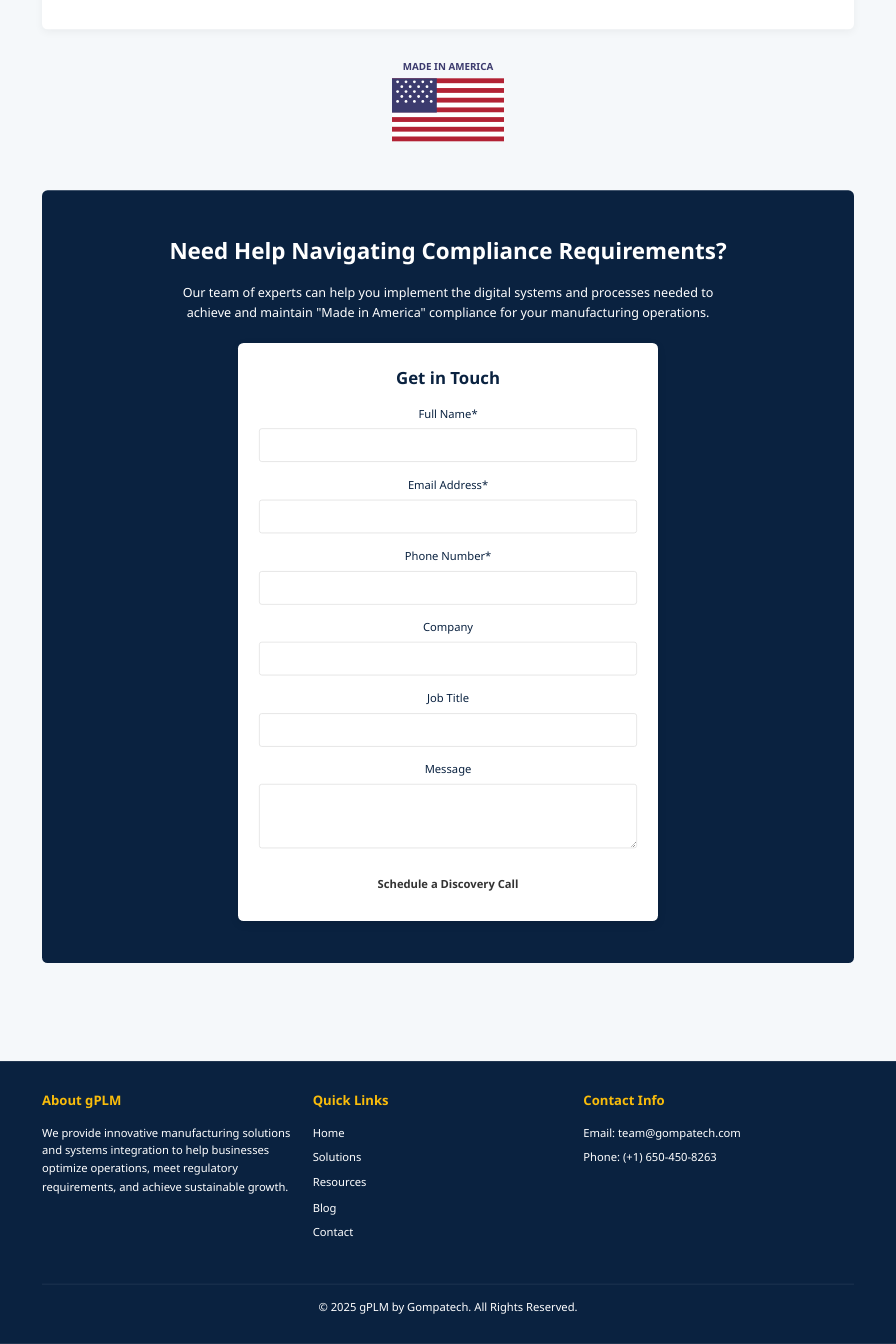
Repository: gompaBlogs/website
Page: mia.html
The author's editor kept a copy of each file at every save. The page is drawn from the files as they stood at one save, then again after the next save.
The browser window is 1280 px wide. The pictures show the part of the page from y = 2507 to 4427 px (the page is 4427 px tall), at 70% of full size.

Above is the page before, as saved 2025-04-30 16:05:41.

After the next save:
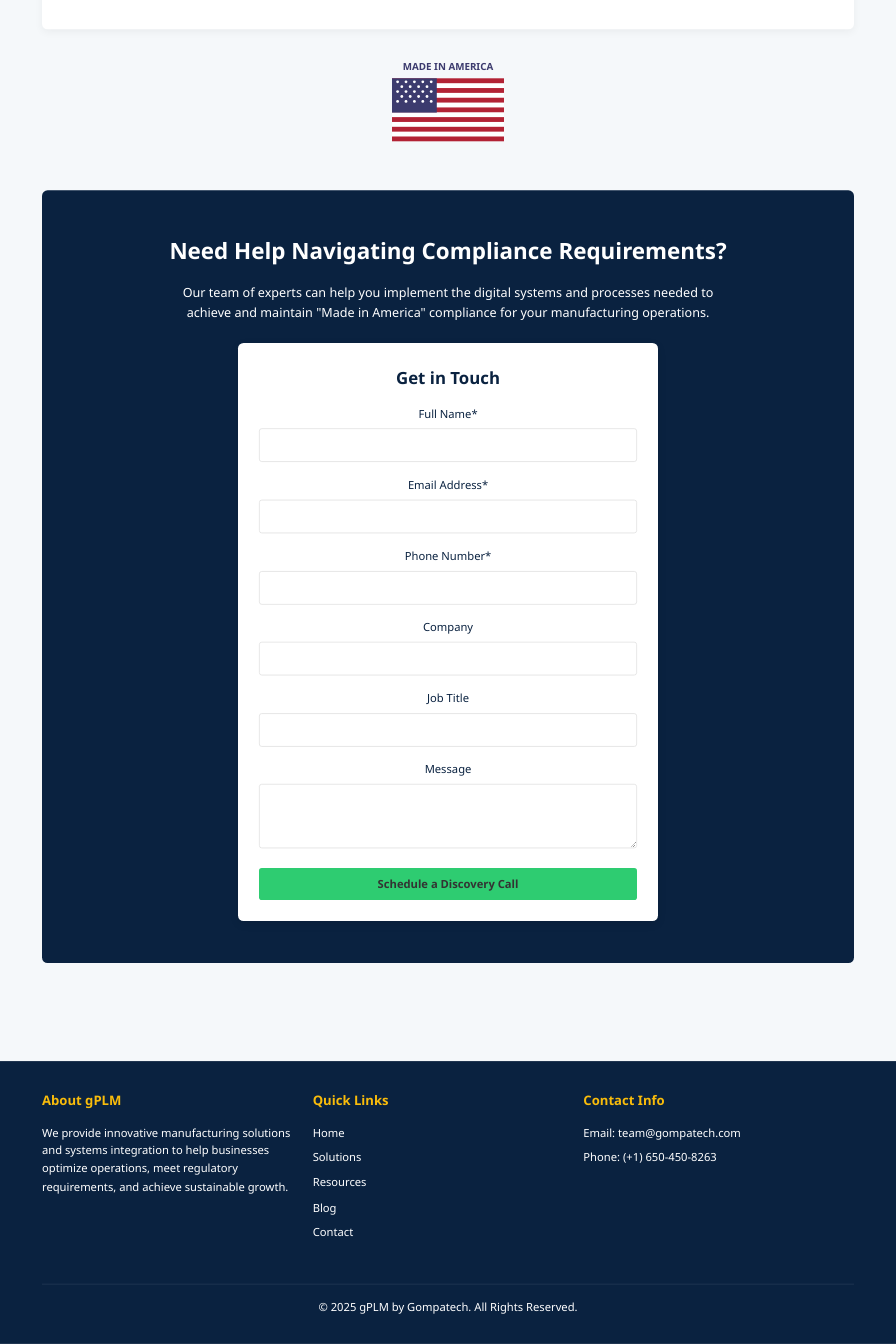
Saved 117 s later.
--- a/mia.html
+++ b/mia.html
@@ -12,6 +12,14 @@
             --text-color: #333;
             --light-bg: #f5f8fa;
             --white: #ffffff;
+            --primary-blue: #1a4b8c;
+            --light-blue: #2c6bbd;
+            --dark-blue: #0d2a52;
+            --accent-green: #2ecc71;
+            --dark-green: #27ae60;
+            --base-grey: #f4f6f8;
+            --dark-grey: #2c3e50;
+            --light-grey: #ecf0f1;
         }
 
         * {
